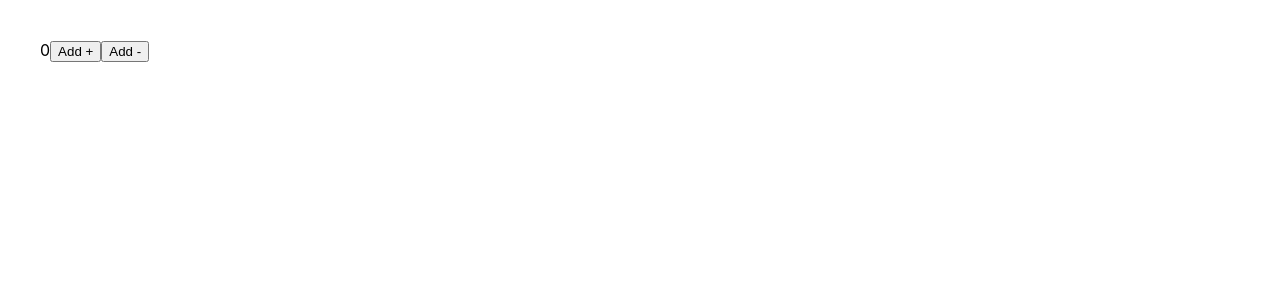
Repository: dnjfht/css-example
Page: /
An editor plug-in stored every save of this project. The page is shown before and after the next save, followed by the edit.
The browser window is 1280 px wide. The pictures show the whole page.
The project was rebuilt for these pictures with package versions that can differ from the ones it lists, and the page was loaded fresh each time.

Above is the page before, as saved 2023-05-09 18:43:01.

After the next save:
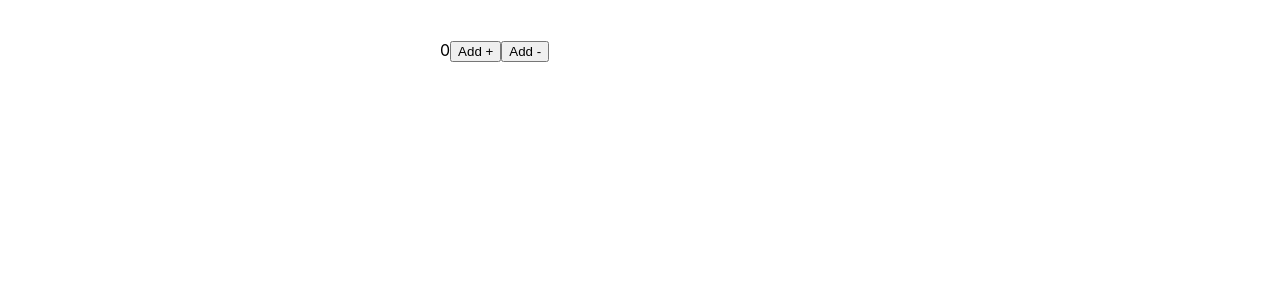
Saved 6 s later.
--- a/src/components/Counter.jsx
+++ b/src/components/Counter.jsx
@@ -10,7 +10,7 @@ export default function Counter({ count, setCount }) {
   };
 
   return (
-    <div style={{ width: 400, padding: 40 }}>
+    <div style={{ width: 400, padding: 40, margin: "0 auto" }}>
       <span>{count}</span>
       <button onClick={handleClickCountUp}>Add +</button>
       <button onClick={handleClickCountDown}>Add -</button>
